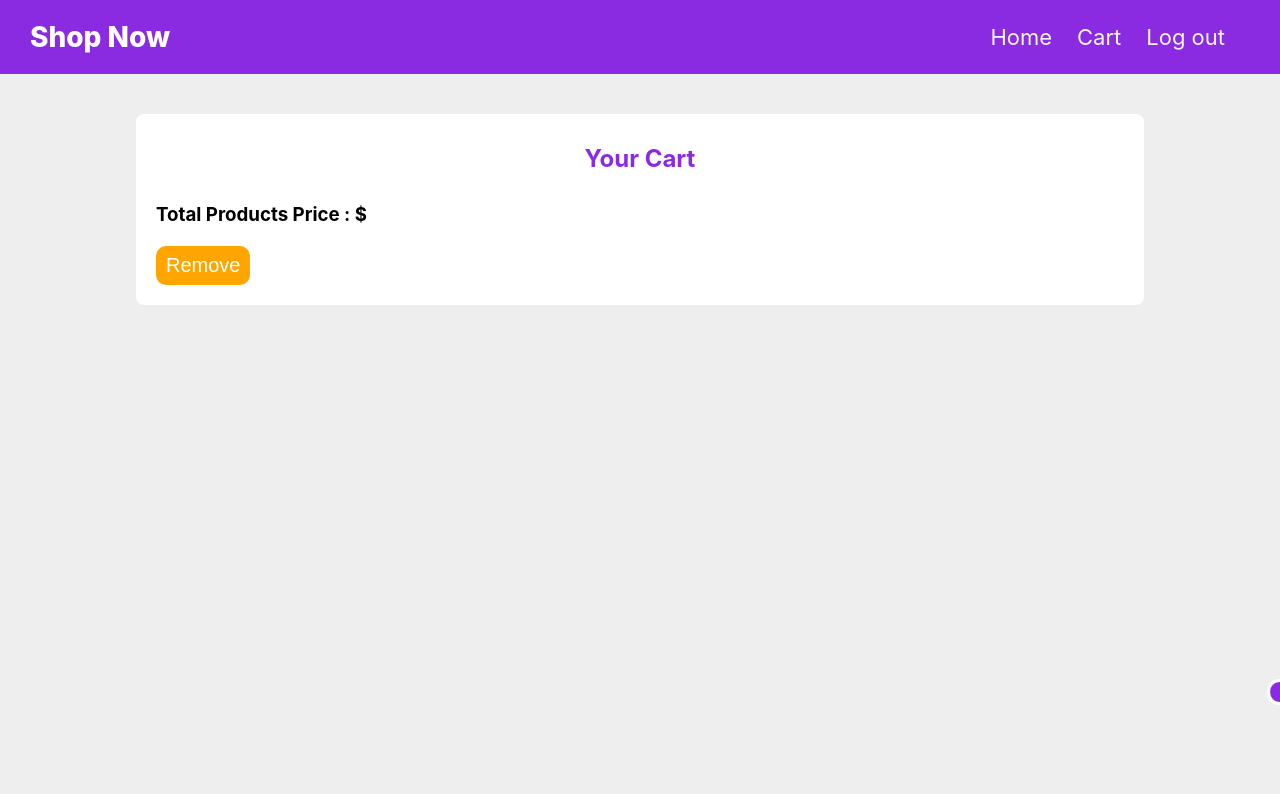
Repository: Eslam0Mohamed/simple-ecommerce-auth
Page: cart.html
An editor plug-in stored every save of this project. The page is shown before and after a run of saves, followed by the edit.
The browser window is 1280 px wide. The pictures show the whole page.
The page's requests for data from a server got no answer.

Above is the page before, as saved 2026-02-01 15:30:54.

After the next 2 saves:
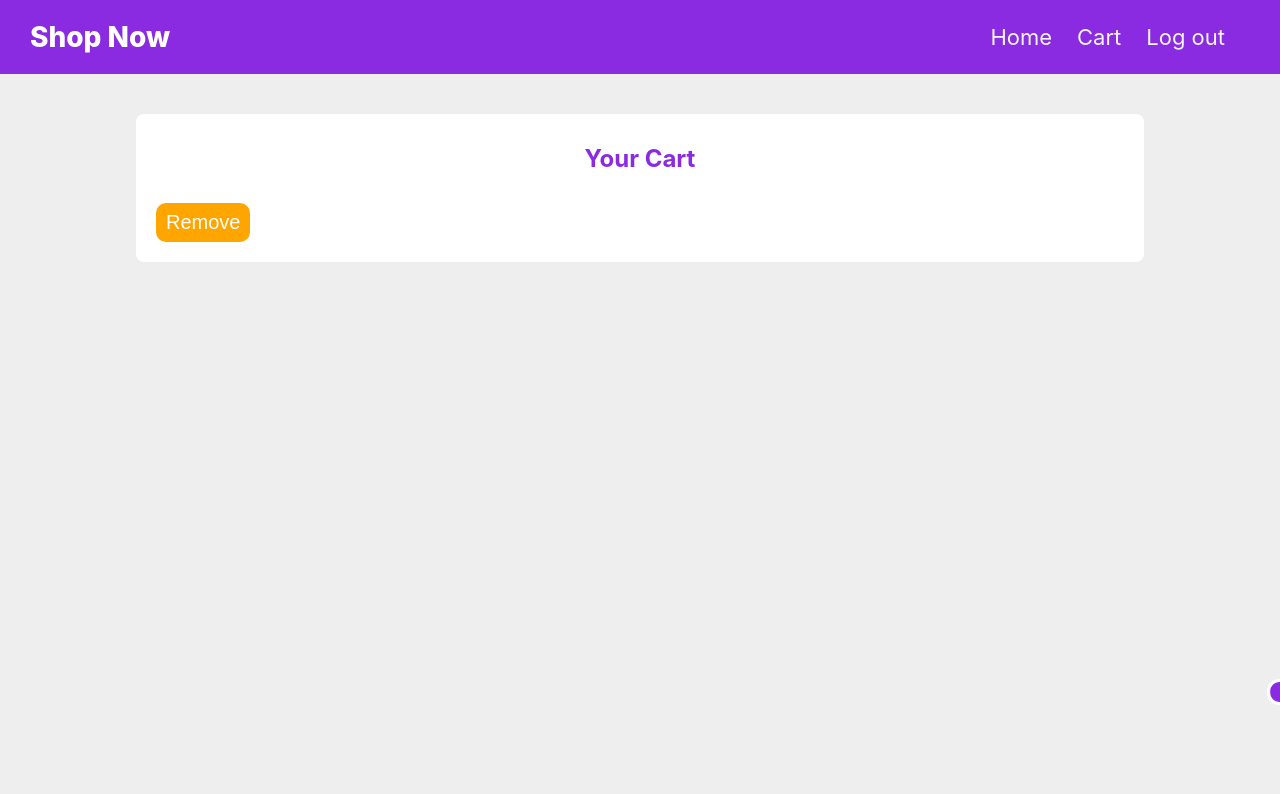
The 2 saves are shown as one change because they came seconds apart.
The last was saved 9 s later.
--- a/cart.html
+++ b/cart.html
@@ -49,7 +49,7 @@
                 </div>
             </div> -->
 
-            <h3 class="total-price">Total Products Price : $ </h3>
+            <h3 class="total-price"></h3>
              <button class="remove-all">Remove</button>
         </div>
     </section>
